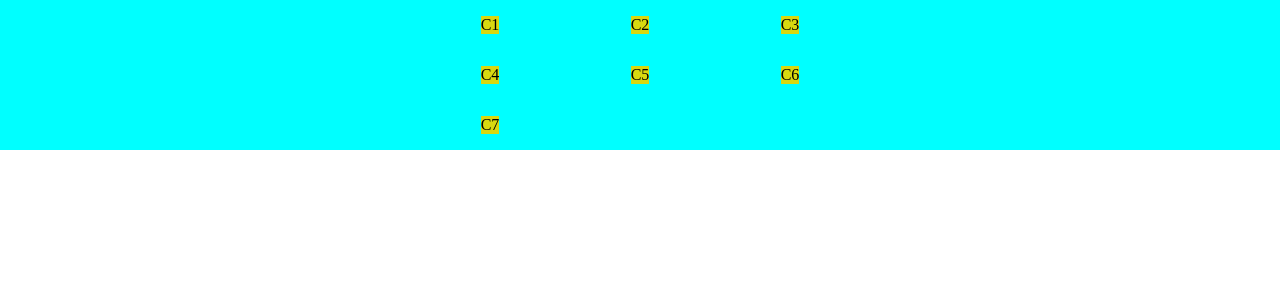
Repository: nepali2385/FUll-stack-practice
Page: Day5/Day5/grid.html
An editor plug-in stored every save of this project. The page is shown before and after the next save, followed by the edit.
The browser window is 1280 px wide. The pictures show the whole page.

Above is the page before, as saved 2024-08-27 15:11:20.

### Day5/Day5/grid.html
<!DOCTYPE html>
<html lang="en">
<head>
    <meta charset="UTF-8">
    <meta name="viewport" content="width=device-width, initial-scale=1.0">
    <title>Document</title>
    <link rel="stylesheet" href="grid.css">
</head>
<body>
    <div class="area">
        <div class="card">C1</div>
        <div class="card">C2</div>
        <div class="card">C3</div>
        <div class="card">C4</div>
        <div class="card">C5</div>
        <div class="card">C6</div>
        <div class="card">C7</div>



    </div>
</body>
</html>

### Day5/Day5/grid.css
*{
    padding:0;
    margin: 0;
    box-sizing:border-box;

}
.area{
    display:grid;
    grid-template-columns: 100px 200px 100px;
    grid-auto-rows: 50px;
    background-color: aqua;
    justify-content:center;
    justify-items: center;
    align-items: center;
}
.card{
    background-color: rgb(216, 216, 16);
    border 2px solid black;
}

After the next save:
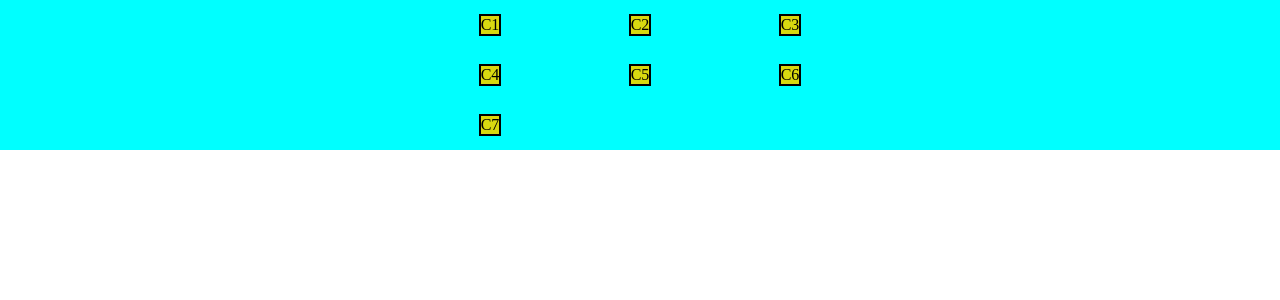
Saved 32 s later.
--- a/Day5/Day5/grid.css
+++ b/Day5/Day5/grid.css
@@ -15,5 +15,5 @@
 }
 .card{
     background-color: rgb(216, 216, 16);
-    border 2px solid black;
+    border:2px solid black;
 }
